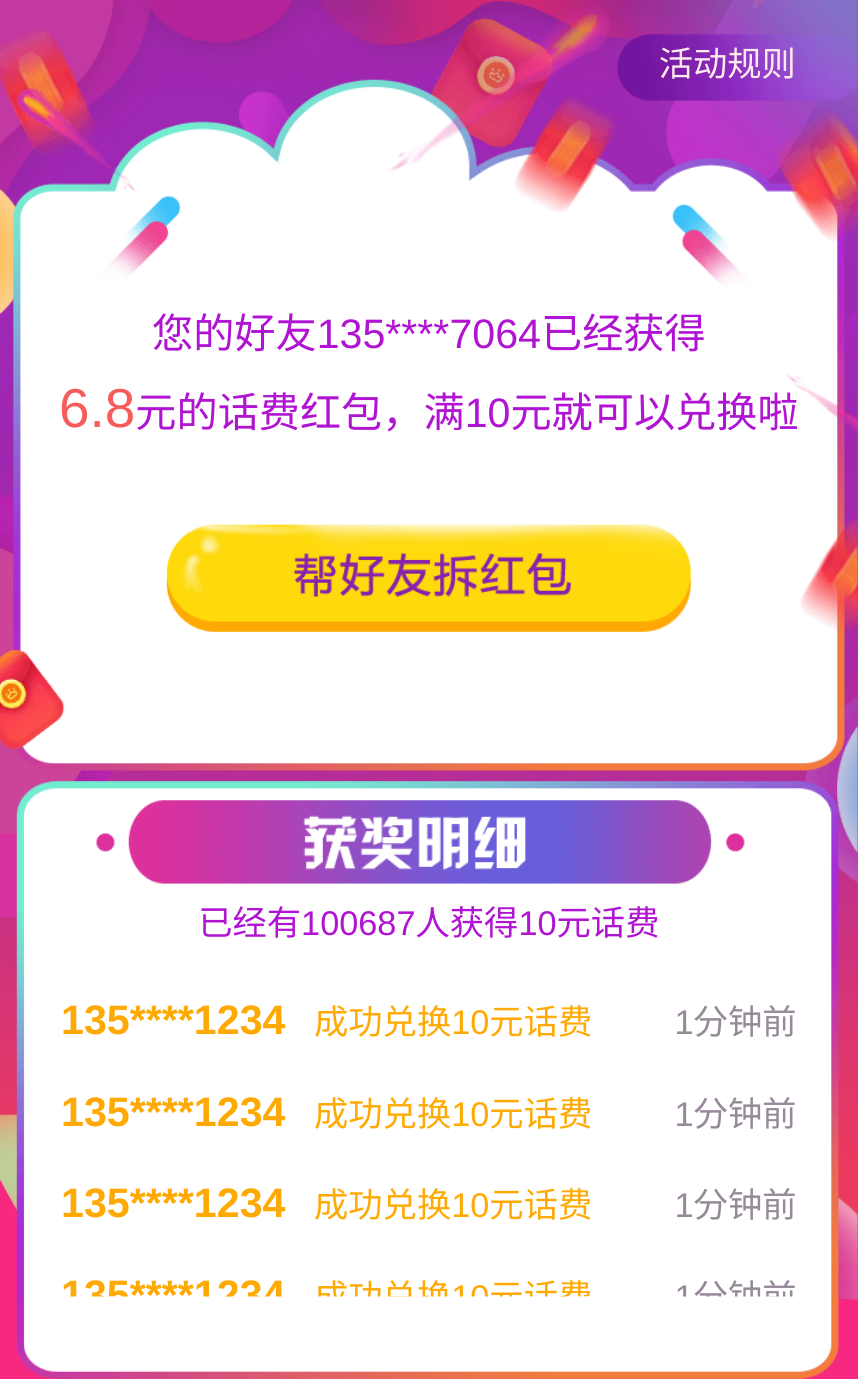
Repository: wangbiaozy/hb
Page: index_hjmx.html
The author's editor kept a copy of each file at every save. The page is drawn from the files as they stood at one save, then again after the next save.
The browser window is 1280 px wide. The pictures show the whole page, at 67% of full size.
The style sheet was rebuilt from its Sass, Less or Tailwind sources for each picture, by a compiler version that may differ from the author's.

Above is the page before, as saved 2018-08-17 17:39:06.
Console error: ReferenceError: ClipboardJS is not defined

After the next save:
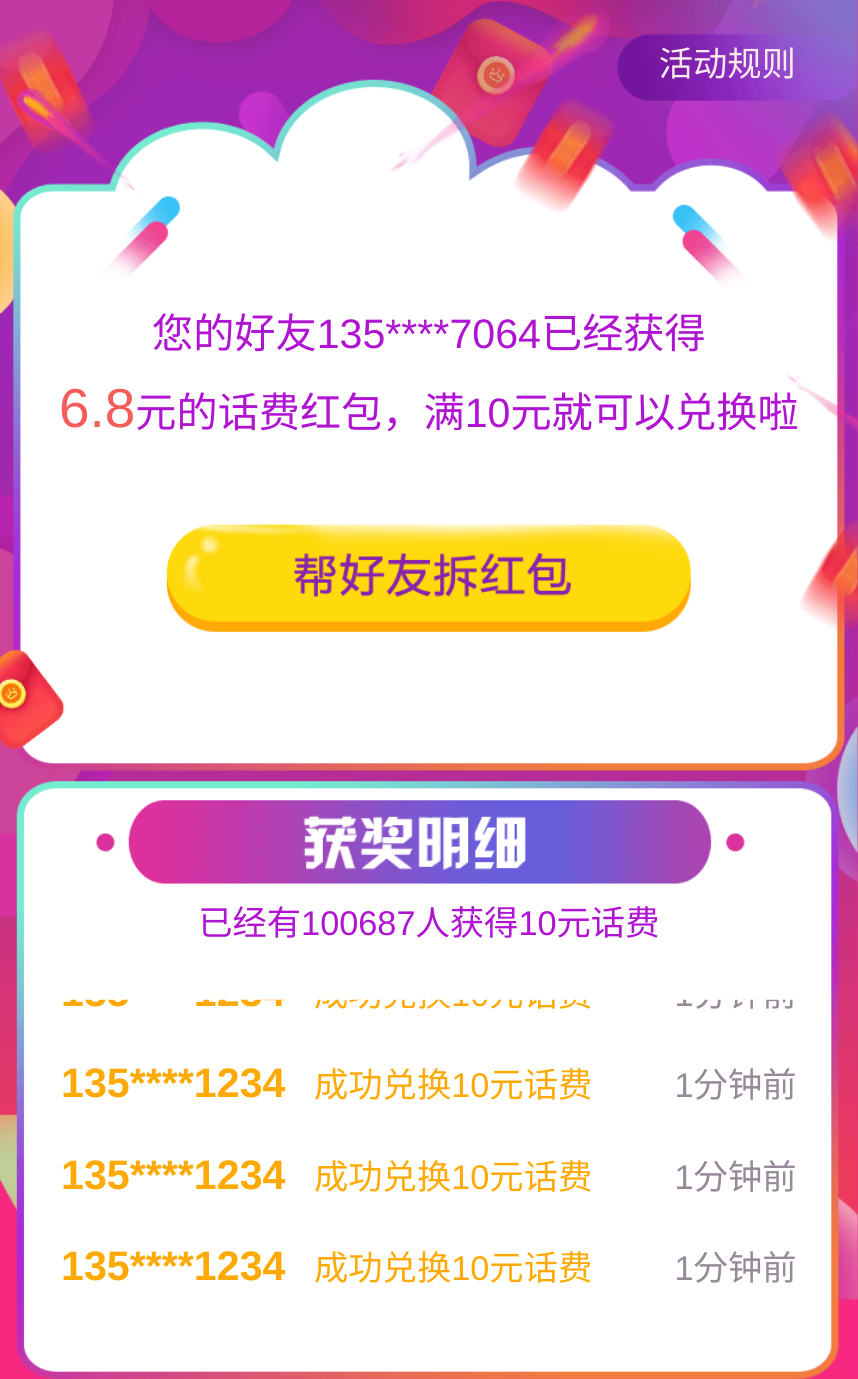
The error is gone.
Saved 2 min 57 s later.
--- a/index_hjmx.html
+++ b/index_hjmx.html
@@ -76,4 +76,5 @@
 </body>
 </html>
 <script src="js/jquery-1.10.1.min.js"></script>
+<script src="js/clipboard.min.js"></script>
 <script src="js/index.js"></script>
